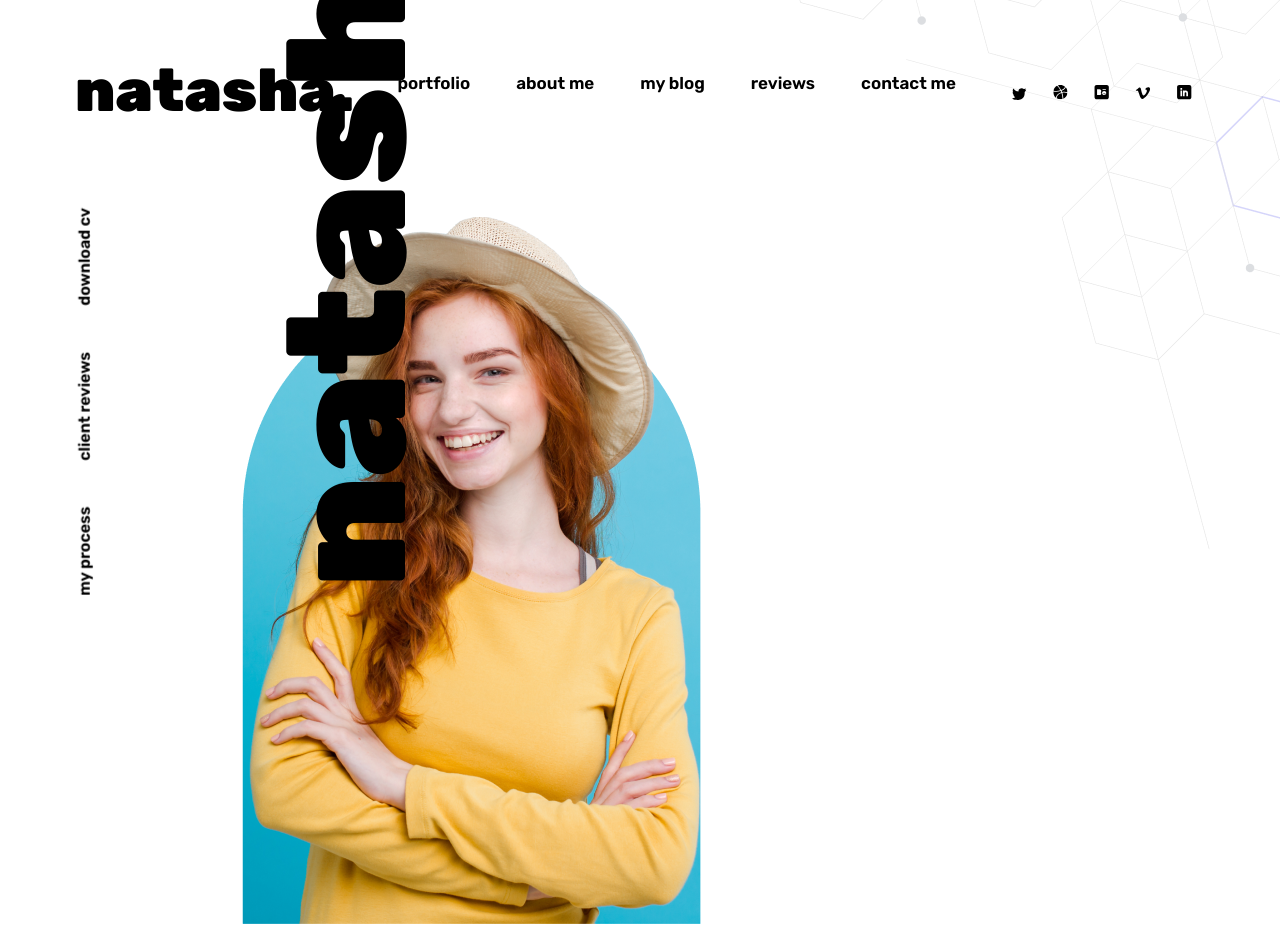
Repository: BuduCE/landing-page
Page: natasha-lp/index.html
The author's editor kept a copy of each file at every save. The page is drawn from the files as they stood at one save, then again after a run of saves.
The browser window is 1280 px wide. The pictures show the whole page.

Above is the page before, as saved 2022-03-04 22:03:19.

### natasha-lp/index.html
<!DOCTYPE html>
<html lang="en">

<head>
    <meta charset="UTF-8">
    <meta http-equiv="X-UA-Compatible" content="IE=edge">
    <meta name="viewport" content="width=device-width, initial-scale=1.0">
    <title>Natasha</title>

    <!--CSS-->
    <link rel="stylesheet" href="./assets/css/style.css">

    <!--Google Font-->
    <link rel="preconnect" href="https://fonts.googleapis.com">
    <link rel="preconnect" href="https://fonts.gstatic.com" crossorigin>
    <link href="https://fonts.googleapis.com/css2?family=Rubik:ital,wght@0,600;0,900;1,400&display=swap" rel="stylesheet">
</head>

<body>
    <!--Navbar menu-->
    <header>
        <div class="logo">
            <h1>natasha.</h1>
        </div>

        <nav class='nav_text'>
            <li><a href="#">portfolio</a></li>
            <li><a href="#">about me</a></li>
            <li><a href="#">my blog</a></li>
            <li><a href="#">reviews</a></li>
            <li><a href="#">contact me</a></li>
        </nav>

        <nav class='nav_icon'>
            <li><a href="">
                <svg width="15" height="12" viewBox="0 0 15 12" fill="none"
                        xmlns="http://www.w3.org/2000/svg">
                        <path
                            d="M5.32379 11.9894C4.70669 11.9894 4.07153 11.9394 3.43255 11.8393C2.30713 11.6627 1.16788 11.074 0.845509 10.8977L0 10.4354L0.915405 10.1344C1.91606 9.80538 2.52477 9.60125 3.27828 9.28159C2.52379 8.91621 1.9423 8.25895 1.66238 7.4093L1.44943 6.76281L1.62406 6.78948C1.45846 6.62258 1.32771 6.45317 1.22635 6.29911C0.865868 5.75159 0.675013 5.08256 0.715623 4.50923L0.755688 3.94494L1.09352 4.07581C0.951007 3.80667 0.848013 3.51925 0.787479 3.21799C0.639956 2.48331 0.763418 1.7028 1.13522 1.02027L1.4295 0.480042L1.82308 0.952771C3.06783 2.44804 4.64442 3.33503 6.51562 3.5947C6.43919 3.06786 6.49646 2.55942 6.68601 2.10367C6.90669 1.57302 7.29929 1.12305 7.82101 0.802307C8.40043 0.446182 9.1031 0.273618 9.79956 0.316405C10.5385 0.361805 11.2094 0.638671 11.7422 1.11761C12.0024 1.04999 12.1941 0.977812 12.4532 0.880261C12.6091 0.821578 12.7859 0.754948 13.0072 0.678736L13.8224 0.397842L13.2908 1.91619C13.3259 1.91325 13.362 1.91075 13.3998 1.90912L14.2703 1.8697L13.7558 2.57292C13.7263 2.6132 13.7188 2.62463 13.7083 2.64042C13.6668 2.70291 13.6152 2.78065 12.909 3.72371C12.7322 3.95986 12.6439 4.26742 12.6603 4.58991C12.7229 5.81539 12.5726 6.92416 12.2132 7.88529C11.8733 8.7946 11.3465 9.57479 10.6478 10.2042C9.78312 10.9829 8.68056 11.516 7.3706 11.7886C6.72803 11.9223 6.03799 11.9894 5.32379 11.9894Z"
                            fill="black" />
                    </svg>
                </a></li>
            <li><a href="">
                <svg width="15" height="15" viewBox="0 0 15 15" fill="none" xmlns="http://www.w3.org/2000/svg">
                <g clip-path="url(#clip0_1_411)">
                <path d="M11.2078 3.20502C11.6444 2.71846 11.8989 2.20904 11.9882 1.68612C10.7537 0.65237 9.16565 0 7.43325 0C6.53875 0 5.68572 0.173109 4.89661 0.475995C6.218 1.7999 7.32307 3.36746 8.18742 5.05957C9.46102 4.59904 10.5225 3.96898 11.2078 3.20502Z" fill="black"/>
                <path d="M11.83 3.76354C11.063 4.61842 9.92291 5.31369 8.56079 5.81897C8.73009 6.19023 8.88567 6.56921 9.0321 6.9531C9.73162 6.80264 10.4566 6.71706 11.196 6.71706C12.3599 6.71706 13.4907 6.91456 14.5334 7.27754C14.5344 7.22975 14.5406 7.18326 14.5406 7.13514C14.5406 5.29463 13.8314 3.6207 12.6795 2.35712C12.5095 2.84683 12.2274 3.32076 11.83 3.76354Z" fill="black"/>
                <path d="M0.433258 5.63324C1.32199 5.79034 2.30664 5.88092 3.25254 5.88092C4.71885 5.88092 6.12734 5.67276 7.38266 5.31522C6.51766 3.65326 5.40562 2.1237 4.07834 0.844543C2.27202 1.81602 0.878333 3.57389 0.433258 5.63324Z" fill="black"/>
                <path d="M14.4613 8.13842C13.4527 7.75878 12.3426 7.55322 11.196 7.55322C10.5532 7.55322 9.92193 7.62062 9.31311 7.74364C9.93119 9.59722 10.2888 11.6007 10.3499 13.6372C12.5243 12.6535 14.1138 10.5815 14.4613 8.13842Z" fill="black"/>
                <path d="M0.270294 7.13516C0.270294 9.33397 1.33018 11.3302 2.9034 12.6348C3.07009 11.5259 3.57003 10.435 4.3843 9.522C5.35284 8.43609 6.69688 7.62292 8.21893 7.15879C8.07729 6.79341 7.92258 6.43522 7.75927 6.08203C6.39922 6.48541 4.86737 6.71709 3.25256 6.71709C2.26464 6.71709 1.23655 6.6227 0.304589 6.45895C0.283468 6.68182 0.270294 6.90697 0.270294 7.13516V7.13516Z" fill="black"/>
                <path d="M5.00854 10.0784C4.18601 11.0008 3.74039 12.0826 3.68323 13.1893C4.77338 13.87 6.05602 14.2703 7.43327 14.2703C8.15738 14.2703 8.85603 14.1601 9.51482 13.9579C9.48281 11.8762 9.13333 9.82941 8.49794 7.94547C7.10708 8.36256 5.88367 9.09713 5.00854 10.0784Z" fill="black"/>
                </g>
                <defs>
                <clipPath id="clip0_1_411">
                <rect width="14.2703" height="14.2703" fill="white" transform="translate(0.270264)"/>
                </clipPath>
                </defs>
                </svg>
                </a></li>
            <li><a href="">
                <svg width="15" height="15" viewBox="0 0 15 15" fill="none" xmlns="http://www.w3.org/2000/svg">
                <path d="M12.6926 0H2.6309C1.47836 0 0.540527 0.937837 0.540527 2.09037V12.1799C0.540527 13.3324 1.47836 14.2703 2.6309 14.2703H12.6926C13.8451 14.2703 14.8108 13.3324 14.8108 12.1799V2.09037C14.8108 0.937837 13.8451 0 12.6926 0ZM8.51181 4.20861H11.8564V5.04476H8.51181V4.20861ZM7.25759 8.38936C7.25759 9.31163 6.50756 10.0617 5.58529 10.0617H3.07684V4.20861H5.58529C6.50756 4.20861 7.25759 4.95864 7.25759 5.88091C7.25759 6.38282 7.03091 6.82844 6.6798 7.13514C7.03091 7.44183 7.25759 7.88745 7.25759 8.38936ZM12.2745 8.38936H9.00131C9.17398 8.87602 9.63909 9.22551 10.1841 9.22551C10.6304 9.22551 11.0468 8.98501 11.2709 8.59796L11.9943 9.0169C11.6217 9.66111 10.9279 10.0617 10.1841 10.0617C9.03157 10.0617 8.09374 9.12382 8.09374 7.97128C8.09374 6.81875 9.03157 5.88091 10.1841 5.88091C11.3366 5.88091 12.2745 6.81875 12.2745 7.97128V8.38936Z" fill="black"/>
                </svg></a></li>
            <li><a href="">
                <svg width="16" height="13" viewBox="0 0 16 13" fill="none" xmlns="http://www.w3.org/2000/svg">
                    <path d="M0.810791 3.15084L1.0048 3.873L1.0195 3.86318C1.41515 3.6005 1.72805 3.39302 2.0796 3.39302C2.39371 3.39302 2.69431 3.5621 2.91815 3.89514C4.13612 5.70587 5.07809 12.0026 7.35725 12.0026C9.60669 12.0026 15.256 5.13731 15.0769 2.03947C14.9879 0.500584 13.8877 0.27063 13.2396 0.27063C11.9917 0.27063 10.7478 1.04274 10.12 2.51945C11.1915 2.34731 11.9507 2.94903 11.8691 4.05103C11.7748 5.30269 9.6792 8.53689 8.70402 8.53689C7.03695 8.53689 6.25698 2.90496 5.69922 1.19536C5.55953 0.76861 5.15561 0.503421 4.64434 0.503421C4.28136 0.503421 3.90563 0.642942 3.58587 0.896678C2.84912 1.48095 2.098 2.08201 1.36899 2.6881L0.810791 3.15084Z" fill="black"/>
                    </svg>
            </a></li>
            <li><a href="">
                <svg width="15" height="15" viewBox="0 0 15 15" fill="none" xmlns="http://www.w3.org/2000/svg">
                    <path d="M12.261 0H2.17143C1.01889 0 0.0810547 0.937837 0.0810547 2.09037V12.1799C0.0810547 13.3324 1.01889 14.2703 2.17143 14.2703H12.261C13.4135 14.2703 14.3513 13.3324 14.3513 12.1799V2.09037C14.3513 0.937837 13.4135 0 12.261 0ZM5.12582 11.3159H3.45352V5.46284H5.12582V11.3159ZM5.12582 4.62669H3.45352V2.95439H5.12582V4.62669ZM10.9789 11.3159H9.30656V7.97128C9.30656 7.51031 8.93138 7.13514 8.47041 7.13514C8.00944 7.13514 7.63426 7.51031 7.63426 7.97128V11.3159H5.96197V5.46284H7.63426V5.77803C8.07237 5.64183 8.35697 5.46284 8.88849 5.46284C10.0226 5.46404 10.9789 6.48146 10.9789 7.68386V11.3159Z" fill="black"/>
                    </svg>
            </a></li>
        </nav>
    </header>

    <nav class="side_nav">
        <li><a href="">my process</a></li>
        <li><a href="">client reviews</a></li>
        <li><a href="">download cv</a></li>
    </nav>

    <main class="container">
        <section>
            <div class="natasha_img">
                <h1>natasha</h1>
                <img src="/natasha-lp/assets/images/natasha.png" alt="">
            </div>
            <div></div>
        </section>
    </main>
</body>

</html>

### natasha-lp/assets/css/style.css
/*Reset*/
* {
    margin: 0;
    padding: 0;
    box-sizing: border-box;
}

body {
    font-family: 'Rubik', sans-serif;
    background: url(/natasha-lp/assets/images/bg.png);
    background-repeat: no-repeat;
    background-position: top right;
    position: relative;
}

a {
    text-decoration: none;
}

li {
    list-style: none;
}

header {
    display: flex;
    justify-content: space-between;
    padding: 4.5rem 4.688rem;
    padding-bottom: 5.875px;
}

.logo {
    font-weight: 900;
    font-size: 1.875rem;
    line-height: 2.375rem;
}

.nav_text,.nav_icon {
    display: flex;
}

.nav_text li {
    padding: 0 1.438rem;
    padding-bottom: 0.438rem;
}

.nav_text li:hover {
    border-bottom: 0.125rem solid #000000;
}

.nav_text li a {
    color: black;
    font-weight: 400;
    font-size: 1.063rem;
    line-height: 1.375rem;
}

.nav_icon li {
    padding: 0.813rem;
}

.container {
    margin-top: 5.875rem;
}

.side_nav {
    position: fixed;
    bottom: 6.313rem;
    left: 0;
    display: flex;
    writing-mode: vertical-rl;
    transform: rotate(180deg);
}

.side_nav li {
    padding: 1.438rem 4.65rem;
}

.side_nav li a {
    color: #000000;
}

.container section {
    margin-left: 15.138rem;
}

.natasha_img {
    position: relative;
}
.natasha_img h1 {
    left: 15.138rem;
    bottom: 8.25rem;
    position: fixed;
    writing-mode: vertical-rl;
    transform: rotate(180deg);
    font-weight: 900;
    font-size: 10.452rem;
    line-height: 13.25rem;
    letter-spacing: -0.1rem;
}

After the next 2 saves:
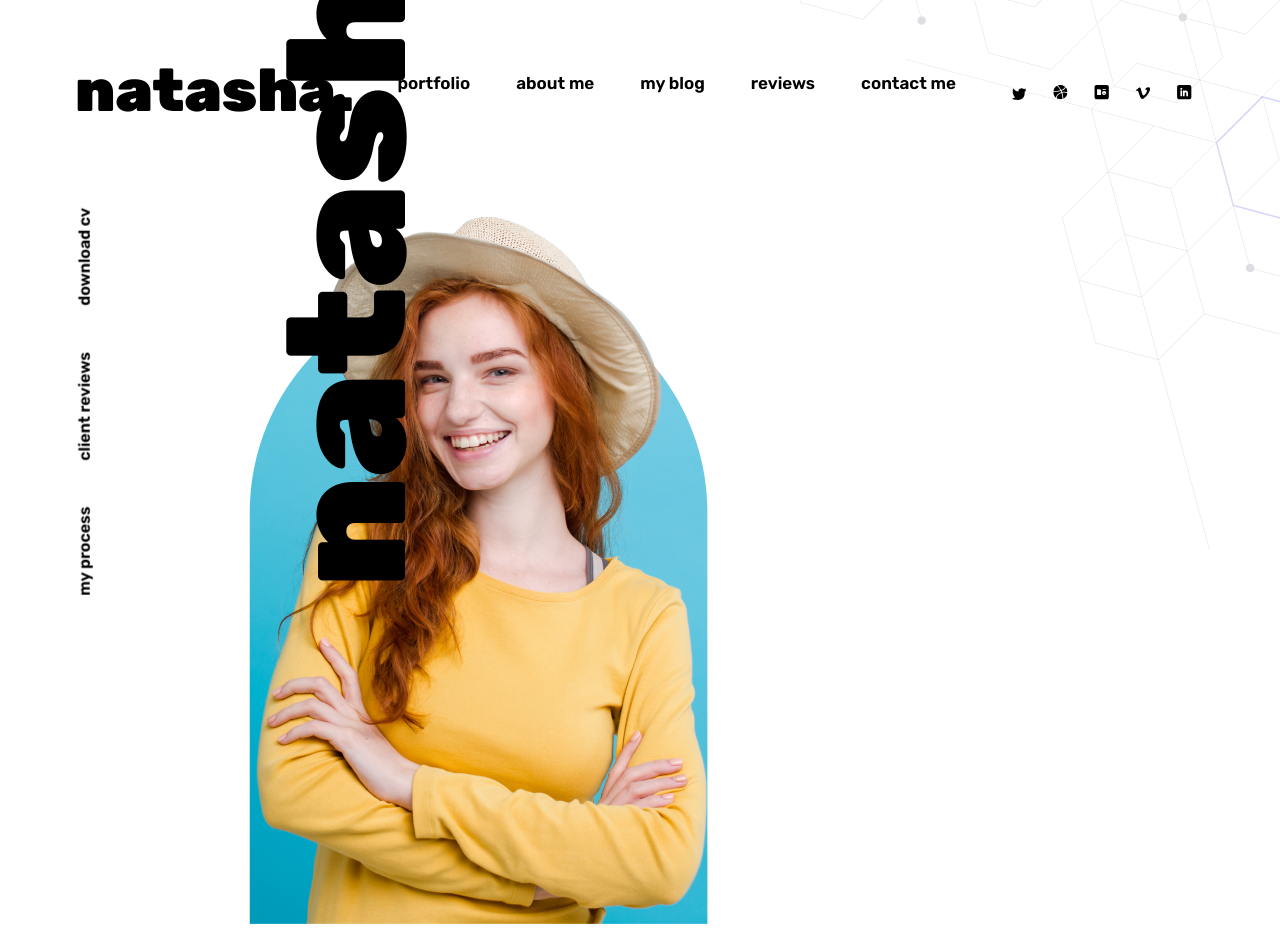
The 2 saves are shown as one change because they came seconds apart.
The last was saved 28 s later.
--- a/natasha-lp/assets/css/style.css
+++ b/natasha-lp/assets/css/style.css
@@ -80,7 +80,7 @@ header {
 }
 
 .container section {
-    margin-left: 15.138rem;
+    margin-left: 15.563rem;
 }
 
 .natasha_img {
